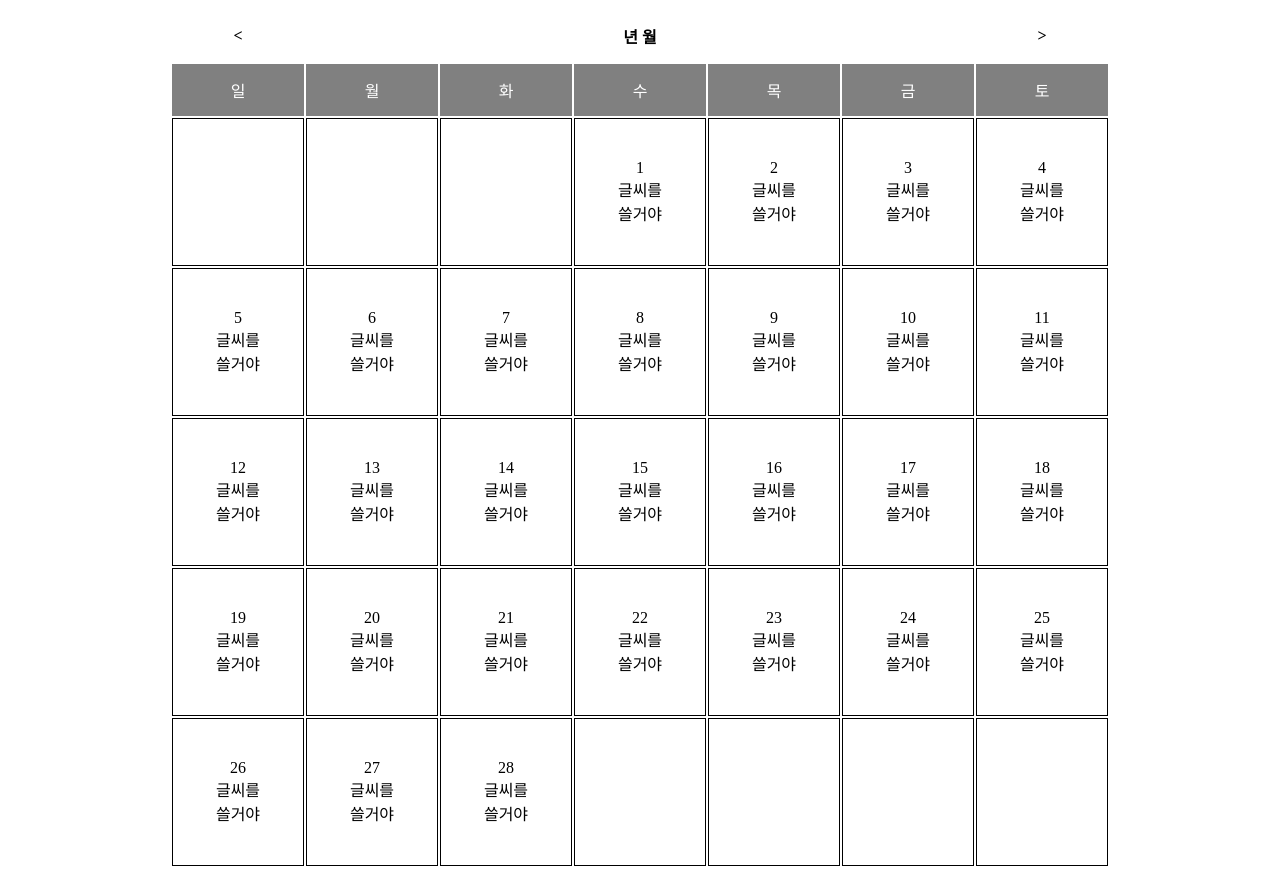
Repository: GreenPineTree/ProjectMoon
Page: http://localhost/ProjectMoon/WEB-INF/views/accountbook/assetmanageView_2.jsp
The author's editor kept a copy of each file at every save. The page is drawn from the files as they stood at one save, then again after the next save.
The browser window is 1280 px wide. The pictures show the whole page.
The page is served by Tomcat 9. Nobody is signed in. Other server files are loaded and not shown. The template is opened directly, without the code that normally fills it, so the values that code supplies are empty.

Above is the page before, as saved 2023-04-02 11:02:44.

### ProjectMoon/src/main/webapp/WEB-INF/views/accountbook/assetmanageView_2.jsp
<%@ page language="java" contentType="text/html; charset=UTF-8"
	pageEncoding="UTF-8"%>
<%@ taglib prefix="c" uri="http://java.sun.com/jsp/jstl/core"%>
<!DOCTYPE html>
<html>
<head>
<meta http-equiv="Content-Type" content="text/html; charset=UTF-8" />
<script src="http://code.jquery.com/jquery-3.5.1.min.js"></script>

<script type="text/javascript">

$(document).ready(function(){
	buildCalendar();

})

var nowMonth = new Date();	// 달 초기화



function buildCalendar(){

	var date = new Date();

	var calendarYear = date.getFullYear();		// 현재 연도 구하기
	var calendarMonth = date.getMonth();	// 현재 월 구하기(월은 0부터 시작이므로 실제월보다 -1 차이가 남)
	var calendarToday = date.getDate();			// 현재 날짜 구하기

	var firstDate = new Date(calendarYear, calendarMonth, 1);		// 요일, 월, 일, 연, 시간 표기
	var monthLastDate = new Date(calendarYear, calendarMonth + 1, 0);	// 요일, 월, 일, 연, 시간 표기
	var lastDate = monthLastDate.getDate();		// 마지막 날짜

	var firstDay = firstDate.getDay();	// 1일의 요일
	var lastDay = monthLastDate.getDay();	// 마지막날의 요일

	var calendarWeekCount = Math.ceil((firstDay + lastDate)/7);		// 해당월의 주 수((시작요일 위치 + 월의 마지막 날짜) / 7)

	var list = '';

	if($('#CalendarBody').length > 0){

	}
	var calendarPos = 0;	// 달력 위치
	var calendarDay = 0;	// 날짜
	for(var i = 0; i < calendarWeekCount; i++){
		list += '<tr>';
		for(var j = 0; j < 7; j++){
			list += '<td style=\"border: solid 1px black; padding: 40px 40px;\">';
			if(firstDay <= calendarPos && calendarDay < lastDate){
				calendarDay++;
				list += '<span>' + calendarDay + '</span><br>';
				list += '<span>글씨를 쓸거야</span>';
			}


			list += '</td>';
			calendarPos++;
		}
		list += '</tr>';
	}
	$('#CalendarBody').append(list);

}

function prevCalendar(){
	nowMonth = new Date(nowMonth.getFullYear(), nowMonth.getMonth() -1, nowMonth.getDate());	// 현재 달을 1 감소
	buildCalendar();
}

function nextCalendar(){
	nowMonth = new Date(nowMonth.getFullYear(), nowMonth.getMonth() +1, nowMonth.getDate());	// 현재 달을 1 증가
	buildCalendar();
}

</script>


<title>자산 현황</title>

<style>
        td {
            width: 50px;
            height: 50px;
        }

        .Calendar {
            text-align: center;
            margin: 0 auto;
        }

        .Calendar>thead>tr:first-child>td { font-weight: bold; }

        .Calendar>thead>tr:last-child>td {
            background-color: gray;
            color: white;
        }

        .pastDay{ background-color: lightgray; }

        .today{
            background-color: #FFCA64;
            cursor: pointer;
        }

        .futureDay{
            background-color: #FFFFFF;
            cursor: pointer;
        }

        .futureDay.choiceDay, .today.choiceDay{
            background-color: #3E85EF;
            color: #fff;
            cursor: pointer;
        }
</style>
</head>
<body>
	<div>
	<!-- 은행별 잔액표시 -->
	<c:forEach var="list" items="${rtnList }">
		<table  style="border: 1px solid gold; float: left; width: 25%;">
			<thead>
				<tr>
					<td>${list.bank }</td>
				</tr>
			</thead>
			<tbody>
				<tr>
					<td>${list.amount }</td>
				</tr>
			</tbody>
		</table>
	</c:forEach>
	</div>
	<div>
	<!-- 달력을 출력하여 해당 날짜에 자금 흐름 출력(은행별선택가능 / 입,출,이체간 글씨색 다르게 / ) -->
		<table class="Calendar">
			<thead>
				<tr>
					<td onClick="prevCalendar();" style="cursor:pointer;">&#60;</td>
					<td colspan="5">
						<span id="calYear"></span>년
						<span id="calMonth"></span>월
					</td>
					<td onClick="nextCalendar();" style="cursor:pointer;">&#62;</td>
				</tr>
				<tr>
					<td>일</td>
					<td>월</td>
					<td>화</td>
					<td>수</td>
					<td>목</td>
					<td>금</td>
					<td>토</td>
				</tr>
			</thead>
			<tbody id="CalendarBody">
			</tbody>
		</table>
	</div>

</body>
</html>

After the next save:
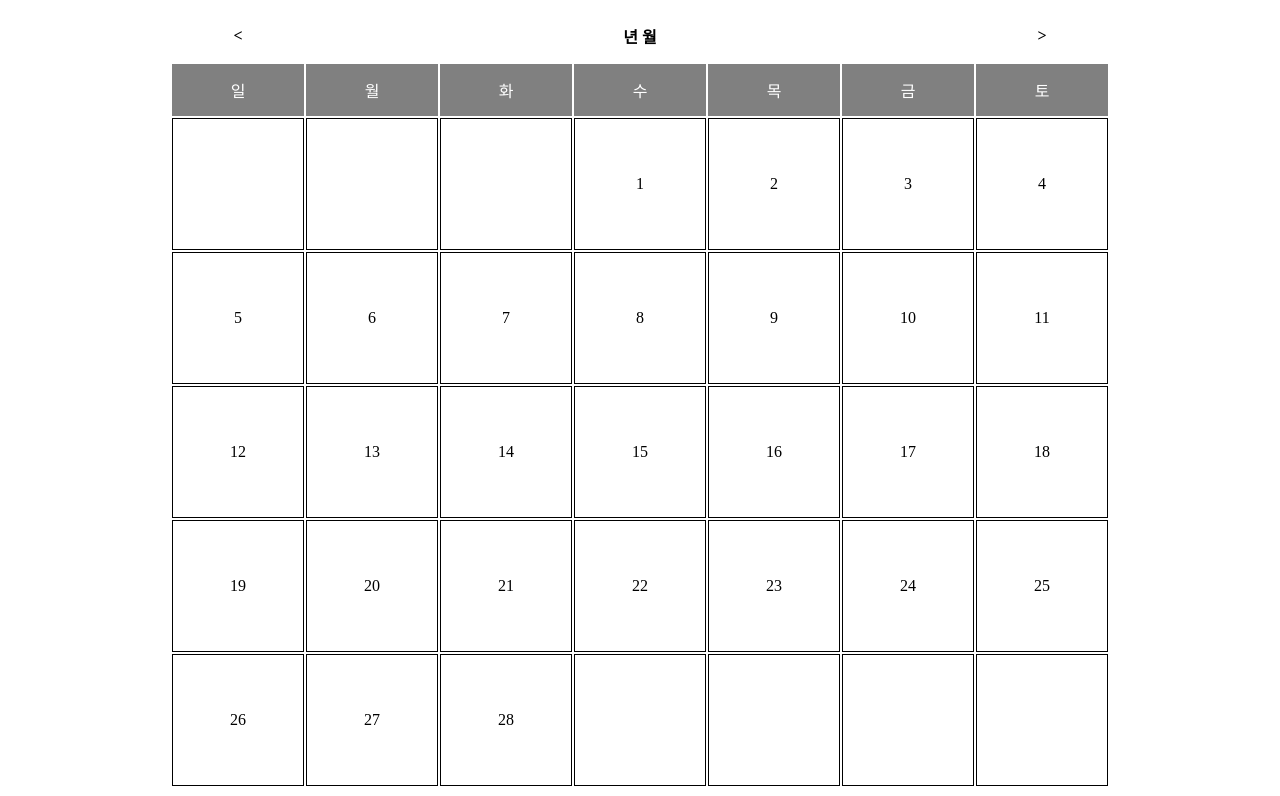
Saved 58 s later.
--- a/ProjectMoon/src/main/webapp/WEB-INF/views/accountbook/assetmanageView_2.jsp
+++ b/ProjectMoon/src/main/webapp/WEB-INF/views/accountbook/assetmanageView_2.jsp
@@ -49,7 +49,6 @@ function buildCalendar(){
 			if(firstDay <= calendarPos && calendarDay < lastDate){
 				calendarDay++;
 				list += '<span>' + calendarDay + '</span><br>';
-				list += '<span>글씨를 쓸거야</span>';
 			}
 
 
